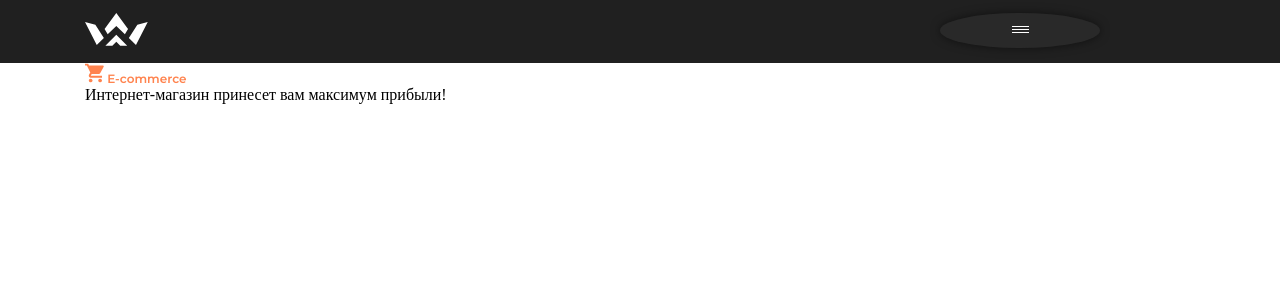
Repository: Gabi0605/my-tests
Page: web_alternative/index.html
The author's editor kept a copy of each file at every save. The page is drawn from the files as they stood at one save, then again after a run of saves.
The browser window is 1280 px wide. The pictures show the whole page.
The style sheet was rebuilt from its Sass, Less or Tailwind sources for each picture, by a compiler version that may differ from the author's.

Above is the page before, as saved 2020-01-16 10:46:21.

### web_alternative/index.html
<!DOCTYPE html>
<html lang="ru">
<head>
    <meta charset="UTF-8">
    <meta name="viewport" content="width=device-width, initial-scale=1.0">
    <meta http-equiv="X-UA-Compatible" content="ie=edge">
    <title>WEB ALTERNATIVE</title>
    <link href="https://fonts.googleapis.com/css?family=Montserrat:300,400,600|Roboto:300,700&display=swap" rel="stylesheet">
    <link rel="stylesheet" href="css/bootstrap-grid.min.css">
    <link rel="stylesheet" href="css/style.css">
</head>
<body>
    <header>
        <div class="container">
            <div class="row">
                <div class="col-4">
                    <div class="logo">
                        <img src="img/svg/logo.svg" alt="">
                    </div>
                </div>
                <div class="col-2 offset-5">
                    <div class="burger">
                        <div class="rect"></div>
                        <div class="rect"></div>
                        <div class="rect"></div>
                    </div>
                </div>
            </div>
        </div>
    </header>
    <div class="call">
        <div class="container">
            <div class="e-commerce">
                <img src="img/svg/shopping-cart.svg" alt=""> E-commerce
            </div>
            <div class="shop">
                Интернет-магазин принесет вам максимум прибыли!
            </div>
        </div>
    </div>
</body>
</html>

### web_alternative/less/style.less
*{
    margin: 0;
    padding: 0;
    box-sizing: border-box;
}
.montserrat{
    font-family: 'Montserrat', sans-serif;
}
.roboto{
    font-family: 'Roboto', sans-serif;
}
p{
    .montserrat;
    font-size: 12px;
    line-height: 15px;
}
@background: #171718;
@gray: #202020;
@burger: #292929;
@orange: #FF834E;

header{
    background: @gray;
    padding: 13px 0;
    .burger{
        background: @burger;
        border-radius: 50%;
        box-shadow: 0 0 10px rgba(0, 0, 0, 0.5);
        min-width: 35px;
        min-height: 35px;
        display: flex;
        flex-direction: column;
        justify-content: center;
        align-items: center;
        .rect{
            min-width: 17px;
            max-width: 50%;
            height: 1px;
            background: #fff;
            margin-bottom: 2px;
        }
    }
}
.call{
    .e-commerce{
        color: @orange;
        .montserrat;
        font-weight: 600;
        font-size: 12px;
        line-height: 15px;
    }

}

Loaded but not shown: web_alternative/css/bootstrap-grid.min.css (library)

After the next 3 saves:
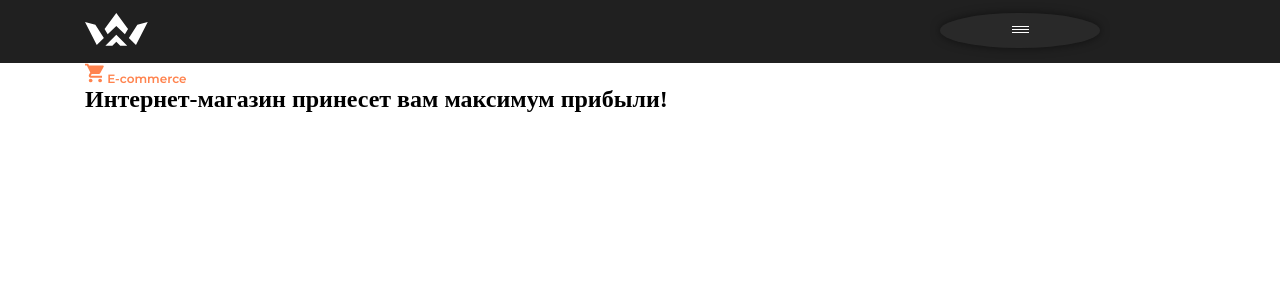
The 3 saves are shown as one change because they came seconds apart.
The last was saved 11 s later.
--- a/web_alternative/index.html
+++ b/web_alternative/index.html
@@ -33,9 +33,9 @@
             <div class="e-commerce">
                 <img src="img/svg/shopping-cart.svg" alt=""> E-commerce
             </div>
-            <div class="shop">
+            <h2>
                 Интернет-магазин принесет вам максимум прибыли!
-            </div>
+            </h2>
         </div>
     </div>
 </body>
